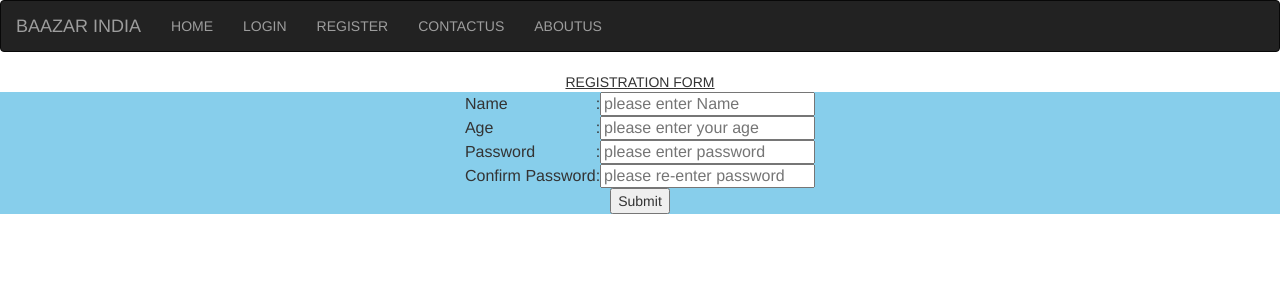
Repository: Apoorva126/Project
Page: http://localhost/FrontEndBaazarIndia/WEB-INF/views/Register.jsp
These files come from the project's save history. The page is drawn as it stood at one moment and after the next save; the edit follows.
The browser window is 1280 px wide. The pictures show the whole page.
Some web libraries are served in a nearby version. The page is served by Tomcat 9. Nobody is signed in. The template is opened directly, without the code that normally fills it, so the values that code supplies are empty.

Above is the page before, as saved 2019-02-06 14:38:26.
Console error (its wording comes from the project's code and is left out).

After the next save:
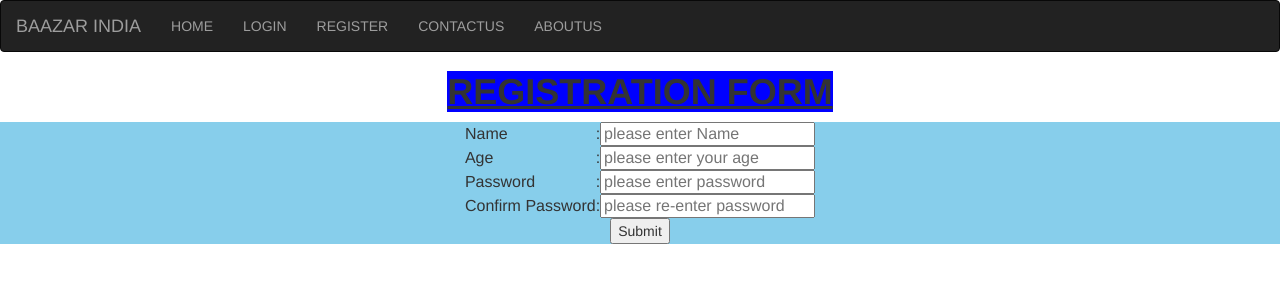
Saved 97 s later.
--- a/FrontEndBaazarIndia/src/main/webapp/WEB-INF/views/Register.jsp
+++ b/FrontEndBaazarIndia/src/main/webapp/WEB-INF/views/Register.jsp
@@ -7,7 +7,7 @@
 
 </head>
 <body>
-<center><u>REGISTRATION FORM</u>
+<center><h1><b><u style="background-color: blue;">REGISTRATION FORM</u></b></h1>
 <form style="background-color: skyblue;">
 <table>
 <tr><td>Name </td> <td>:<input type="text" placeholder="please enter Name"/></td></tr>
